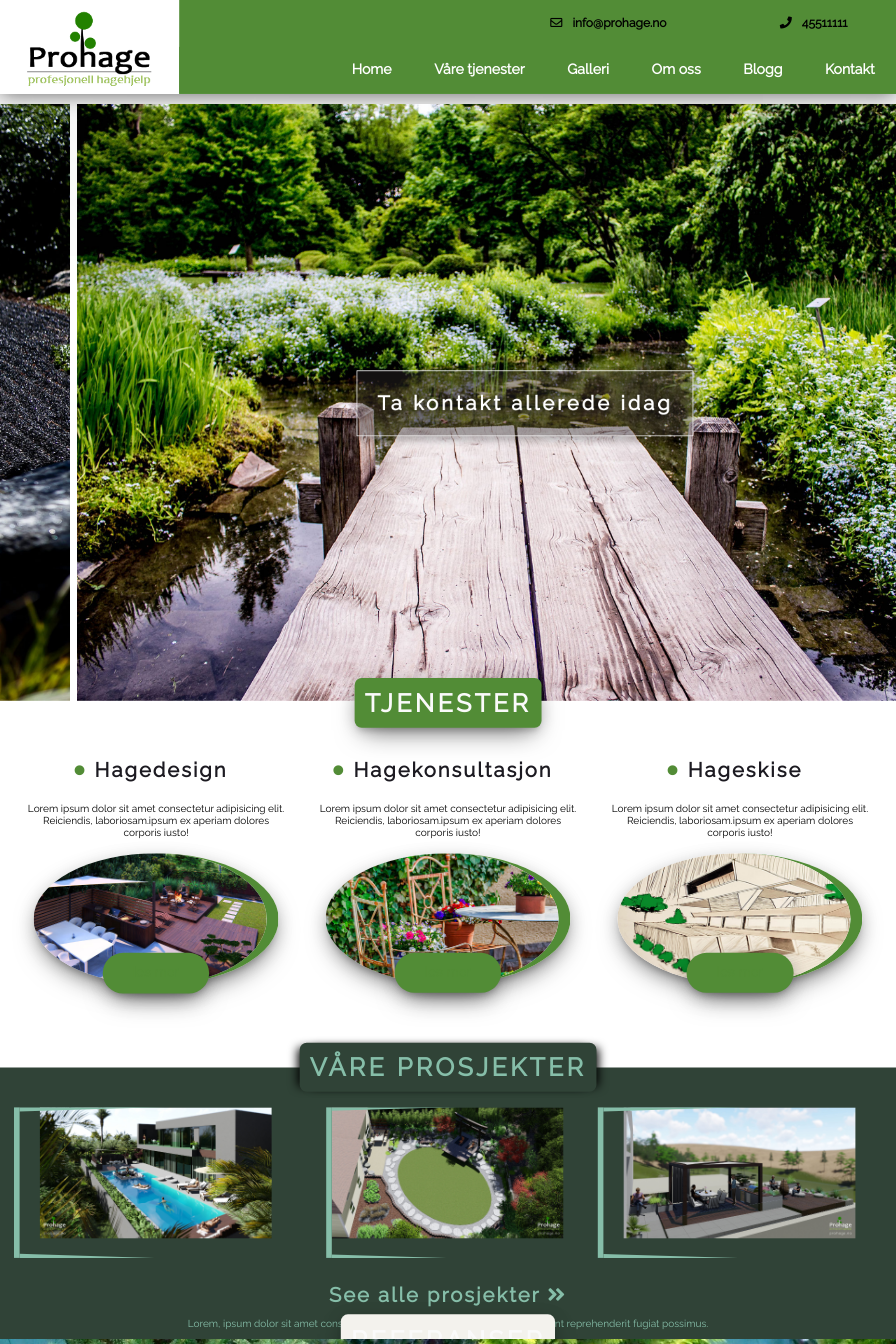
Repository: marinazzz/garden-design-website
Page: index.html
The author's editor kept a copy of each file at every save. The page is drawn from the files as they stood at one save, then again after the next save.
The browser window is 1280 px wide. The pictures show the part of the page from y = 0 to 1920 px (the page is 4133 px tall), at 70% of full size.

Above is the page before, as saved 2020-04-05 13:38:02.

After the next save:
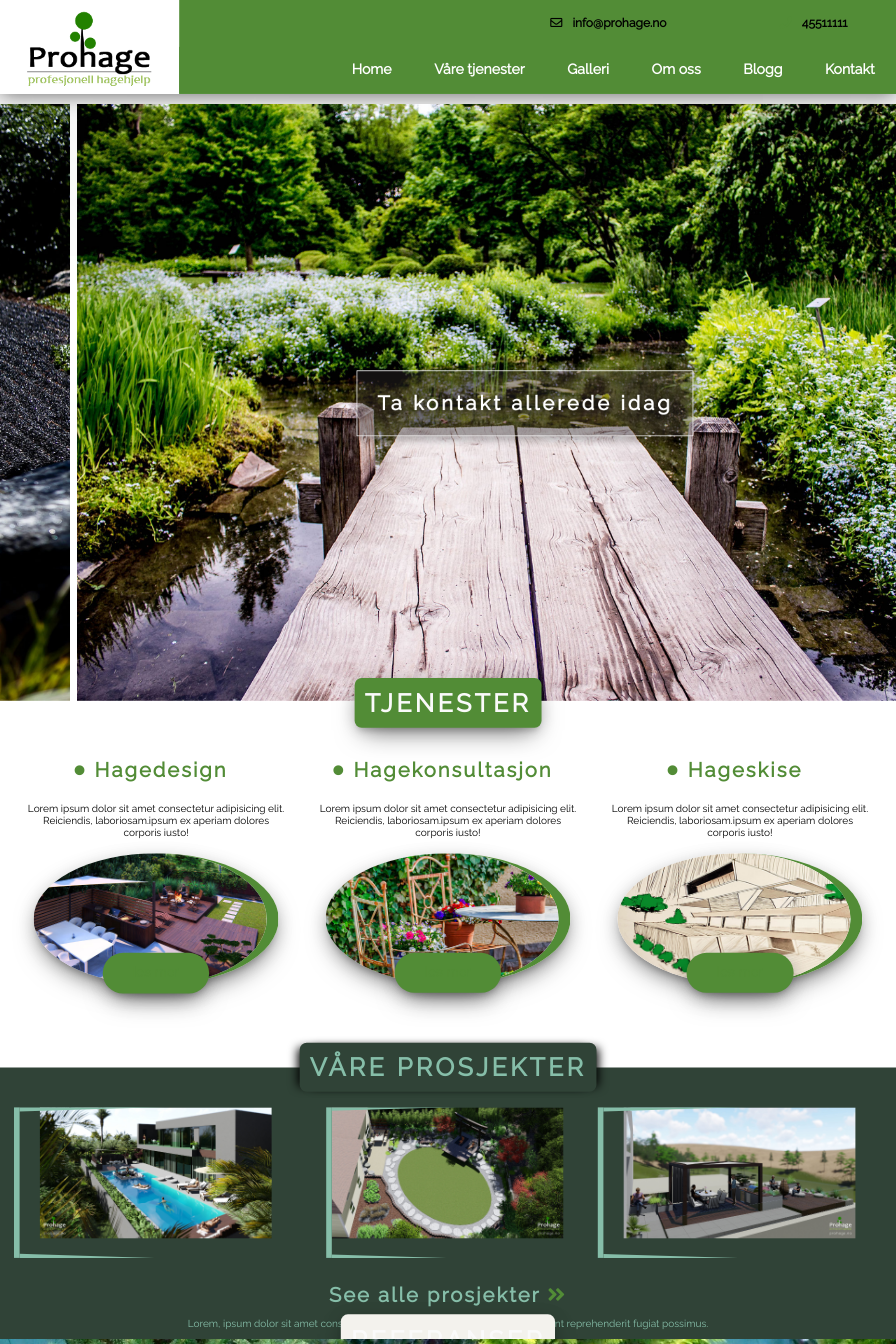
Saved 53 s later.
--- a/CSS/style.css
+++ b/CSS/style.css
@@ -309,11 +309,11 @@ body {
 
 .fas,
 .fa-circle {
-  color: var(--buttons-services-color);
+  color: var(--color-main-green);
 }
 
 .services__item-title {
-  color: var(--section-h2-color);
+  color: var(--color-main-green);
   letter-spacing: 0.2rem;
   margin: 0.5rem 0 0.5rem 0;
   font-size: 2rem;
@@ -339,12 +339,12 @@ body {
 .services__photo {
   overflow: hidden;
   border-radius: 50%;
-  border-right: solid 1.2rem var(--section-border-color);
+  border-right: solid 1.2rem var(--color-main-green);
   width: 80%;
 }
 
 .services__toggle {
-  background: var(--buttons-services-color);
+  background: var(--color-main-green);
   border-radius: 3rem;
   box-sizing: border-box;
   border: none;
